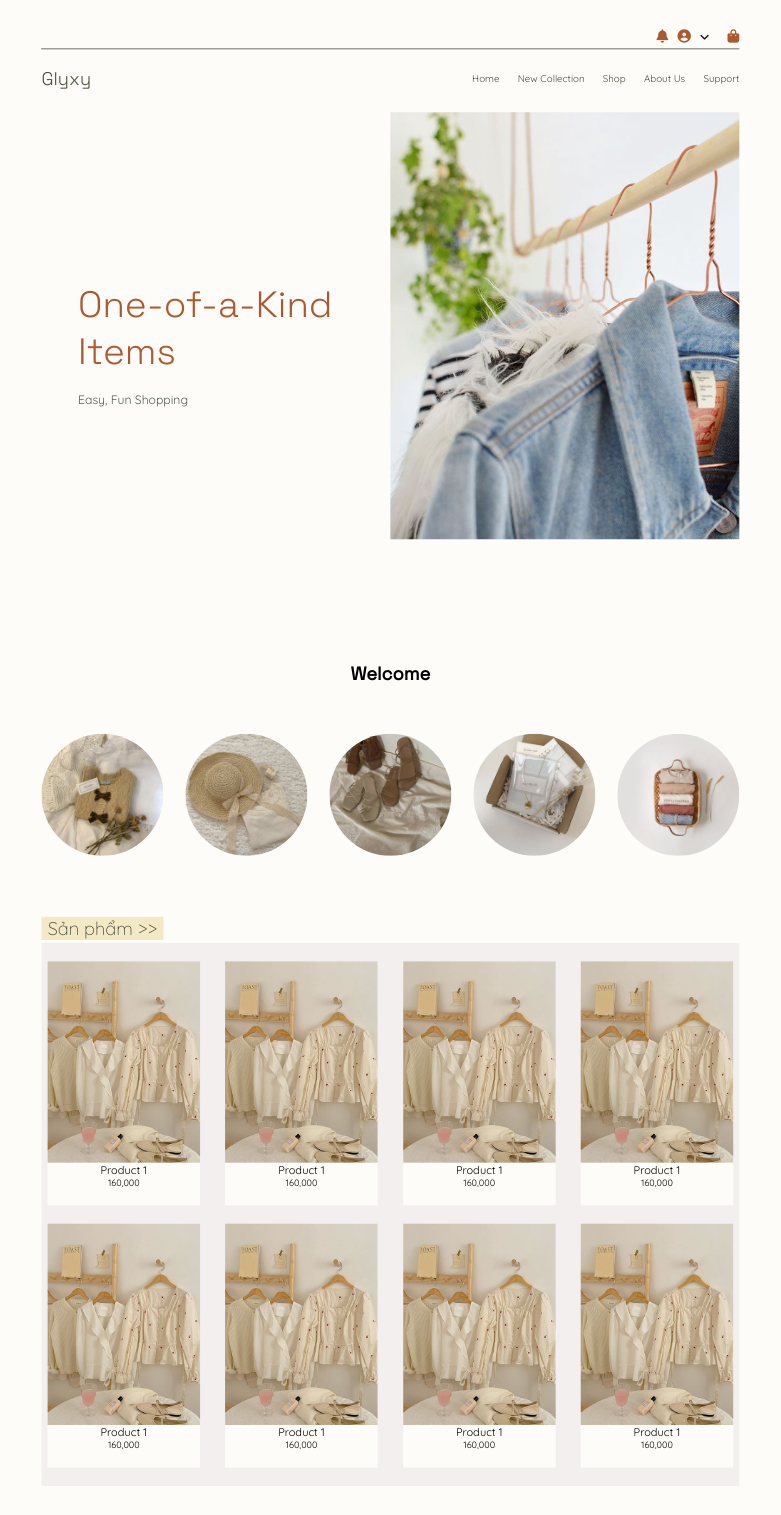
Repository: nganha241/store
Page: index.html
These files come from the project's save history. The page is drawn as it stood at one moment and after the next save; the edit follows.
The browser window is 1280 px wide. The pictures show the whole page, at 61% of full size.
Some web libraries are served in a nearby version.

Above is the page before, as saved 2022-04-16 19:44:38.

### index.html
<!DOCTYPE html>
<html lang="en">
  <head>
    <meta charset="UTF-8" />
    <meta http-equiv="X-UA-Compatible" content="IE=edge" />
    <meta name="viewport" content="width=device-width, initial-scale=1.0" />
    <title>Document</title>
    <link rel="stylesheet" href="style.css" />
  </head>
  <body>
    <div class="header">
      <div class="tools">
        <div class="notification">
          <i class="fa-solid fa-bell"></i>
        </div>
        <div class="account">
          <i class="fa-solid fa-circle-user"></i>
          <span><i class="fa-solid fa-angle-down"></i></span>
        </div>
        <div class="cart">
          <i class="fa-solid fa-bag-shopping"></i>
        </div>
      </div>
      <hr />
      <nav>
        <div class="logo"><a href="#">Glyxy</a></div>
        <ul class="menu">
          <li><a href="#">Home</a></li>
          <li><a href="#">New Collection</a></li>
          <li><a href="#">Shop</a></li>
          <li><a href="#">About Us</a></li>
          <li><a href="#">Support</a></li>
        </ul>
      </nav>
      <div class="banner">
        <div class="slogan">
          <h4>One-of-a-Kind Items</h4>
          <p>Easy, Fun Shopping</p>
        </div>
        <div class="img-banner">
          <img src="./img/banner.jpg" alt="" />
        </div>
      </div>
    </div>
    <div class="section">
      <div class="into-title">
        <h1>Welcome</h1>
      </div>
      <div class="intro">
        <div class="intro-card">
          <div class="intro-img">
            <img src="./img/intro/i1.jpg" alt="" />
          </div>
        </div>
        <div class="intro-card">
          <div class="intro-img">
            <img src="./img/intro/i2.jpg" alt="" />
          </div>
        </div>
        <div class="intro-card">
          <div class="intro-img">
            <img src="./img/intro/i3.jpg" alt="" />
          </div>
        </div>
        <div class="intro-card">
          <div class="intro-img">
            <img src="./img/intro/i4.jpg" alt="" />
          </div>
        </div>
        <div class="intro-card">
          <div class="intro-img">
            <img src="./img/intro/i5.jpg" alt="" />
          </div>
        </div>
      </div>
      <div class="pro-title">
        <h2><a href="#">Sản phẩm >></a></h2>
      </div>
      <div class="products">
        <div class="card">
          <div class="pro-img">
            <img src="./img/products/p1.jpg" alt="" />
          </div>
          <div class="pro-name">Product 1</div>
          <div class="pro-price">160,000</div>
          <div class="add-cart">
            <button>Thêm vào giỏ hàng</button>
          </div>
        </div>
        <div class="card">
          <div class="pro-img">
            <img src="./img/products/p1.jpg" alt="" />
          </div>
          <div class="pro-name">Product 1</div>
          <div class="pro-price">160,000</div>
          <div class="add-cart">
            <button>Thêm vào giỏ hàng</button>
          </div>
        </div>
        <div class="card">
          <div class="pro-img">
            <img src="./img/products/p1.jpg" alt="" />
          </div>
          <div class="pro-name">Product 1</div>
          <div class="pro-price">160,000</div>
          <div class="add-cart">
            <button>Thêm vào giỏ hàng</button>
          </div>
        </div>
        <div class="card">
          <div class="pro-img">
            <img src="./img/products/p1.jpg" alt="" />
          </div>
          <div class="pro-name">Product 1</div>
          <div class="pro-price">160,000</div>
          <div class="add-cart">
            <button>Thêm vào giỏ hàng</button>
          </div>
        </div>
        <div class="card">
          <div class="pro-img">
            <img src="./img/products/p1.jpg" alt="" />
          </div>
          <div class="pro-name">Product 1</div>
          <div class="pro-price">160,000</div>
          <div class="add-cart">
            <button>Thêm vào giỏ hàng</button>
          </div>
        </div>
        <div class="card">
          <div class="pro-img">
            <img src="./img/products/p1.jpg" alt="" />
          </div>
          <div class="pro-name">Product 1</div>
          <div class="pro-price">160,000</div>
          <div class="add-cart">
            <button>Thêm vào giỏ hàng</button>
          </div>
        </div>
        <div class="card">
          <div class="pro-img">
            <img src="./img/products/p1.jpg" alt="" />
          </div>
          <div class="pro-name">Product 1</div>
          <div class="pro-price">160,000</div>
          <div class="add-cart">
            <button>Thêm vào giỏ hàng</button>
          </div>
        </div>
        <div class="card">
          <div class="pro-img">
            <img src="./img/products/p1.jpg" alt="" />
          </div>
          <div class="pro-name">Product 1</div>
          <div class="pro-price">160,000</div>
          <div class="add-cart">
            <button>Thêm vào giỏ hàng</button>
          </div>
        </div>
      </div>
    </div>
    <div class="footer"></div>

    <script
      src="https://kit.fontawesome.com/ae971d7ee0.js"
      crossorigin="anonymous"
    ></script>
    <script src="./main.js"></script>
  </body>
</html>

### style.css
@import url('https://fonts.googleapis.com/css2?family=Quicksand:wght@300;400;500;600;700&family=Space+Grotesk:wght@300;400&display=swap');

* {
    font-family: 'Quicksand', sans-serif;
    box-sizing: border-box;
}

body {
    background: #fdfcf9;
    position: relative;
    height: auto;
    padding: 40px 60px;
}

a {
    text-decoration: none;
}

li {
    list-style: none;
}

.header .tools {
    display: flex;
    justify-content: flex-end;
    gap: 15px;
}

.header .tools .notification,
.header .tools .account,
.header .tools .cart {
    cursor: pointer;
}

.header .tools .fa-solid {
    font-size: 22px;
    color: #ae582d;
}

.header .tools .account span .fa-solid{
    font-size: 18px;
    color: #111;
    margin-left: 10px;
    margin-right: 15px;
}

.header .tools .account:hover .fa-solid{
    color: #ae582d;
}

.header hr {
    background: #48503c;
}

.header nav {
    display: flex;
    width: 100%;
}

.header nav .logo {
    width: 50%;
    padding-top: 20px;
}

.header nav .logo a{
    font-family: 'Space Grotesk', sans-serif;
    font-size: 30px;
    color: #48503c;
    font-weight: 100;

}

.header nav .logo a:hover {
    color: #111;
}

.header nav .menu {
    display: flex;
    gap: 15px;
    padding-top: 7px;
    justify-content: flex-end;
    width: 50%;
}

.header nav .menu li {
    float: left;
}

.header nav .menu li a {
    display: block;
    padding: 6px 0px 0px 15px;
    color: #48503c;
}

.header nav .menu li:hover a {
    color: #111;
}

.header .banner {
    width: 100%;
    height: 700px;
    display: flex;
    align-items: center;
    margin-top: 30px;
    position: relative;
}

.header .banner .slogan {
    width: 50%;
    padding-left: 60px;
    padding-right: 20px;
}

.header .banner .slogan h4 {
    color: #ae582d;
    font-family: 'Space Grotesk', sans-serif;
    font-size: 60px;
    font-weight: 200;
}

.header .banner .slogan p {
    font-size: 20px;
    color: #515a54;
    margin-top: -50px;
}

.header .banner .img-banner{
    width: 50%;
    height: 100%;
}

.header .banner .img-banner img {
    width: 100%;
    height: 100%;
    object-fit: cover;
}

.section {
    height: auto;
    margin-top: 100px;

}

.section .into-title {
    margin-top: 200px;
    text-align: center;
}

.section .into-title h1 {
    font-family: 'Space Grotesk', sans-serif;
    font-size: 30px;
}

.section .intro {
    display: flex;
    flex-wrap: wrap;
    justify-content: space-between;
    margin-bottom: 100px;
    margin-top: 80px;
    gap: 10px;
}

.section .intro .intro-card .intro-img {
    width: 200px;
    height: 200px;
}

.section .intro .intro-card .intro-img img {
    width: 100%;
    height: 100%;
    border-radius: 50%;
}

.section .pro-title{
    height: auto;
    width: 200px;
    background: #f4e9c7;
    text-align: center;
    margin-bottom: -15px;
}

.section .pro-title h2 a{
    font-size: 30px;
    color: #48503c;
    font-weight: 200;
}

.section .products {
    display: flex;
    flex-wrap: wrap;
    justify-content: space-between;
    row-gap: 30px;
    padding: 30px 10px;
    background: rgb(244, 239, 239);
}

.section .products .card {
    width: 250px;
    height: 400px;
    background: #fdfcf9;
    text-align: center;
    cursor: pointer;
    transition: 0.4s;
    position: relative;
}

.section .products .card:hover {
    transform: scale(1.1 , 1.1);
    background: rgba(255, 255, 255, 0.4);

}

.section .products .card .pro-img {
    height: 330px;
}

.section .products .card .pro-img img{
    width: 100%;
    height: 100%;
    object-fit: cover;
}

.section .products .card .pro-name {
    font-size: 18px;
}

.section .products .card .pro-price {
    font-size: 15px;
}

.section .products .card .add-cart {
    margin-top: -220px;

}

.section .products .card .add-cart button{
    opacity: 0;
    height: 40px;
    background: #ae582d;
    border: 0;
    cursor: pointer;
    transition: 0.4s;
    color: #fff;
}

.section .products .card:hover .add-cart button {
    transition: 0.4s;
    opacity: 1;
}

.section .products .card .add-cart button:hover {
    transform: scale(1.1);
}

### main.js
const banners = document.querySelectorAll(".img-banner .image img");
const slider = document.querySelector(".slider img");

let countIndex = 0;
let currentIndex;

// setInterval(
//   banners.forEach((banner, index) => {
//     currentIndex = countIndex;
//     countIndex = index;
//     console.log(currentIndex);
//     console.log(countIndex);
//     slider.src = banner.src;
//   }),
//   1000
// );

banners.forEach((banner) => {
  currentIndex = countIndex;
  countIndex++;
  console.log(currentIndex);
  console.log(countIndex);
  slider.src = banner.src;
});

After the next save:
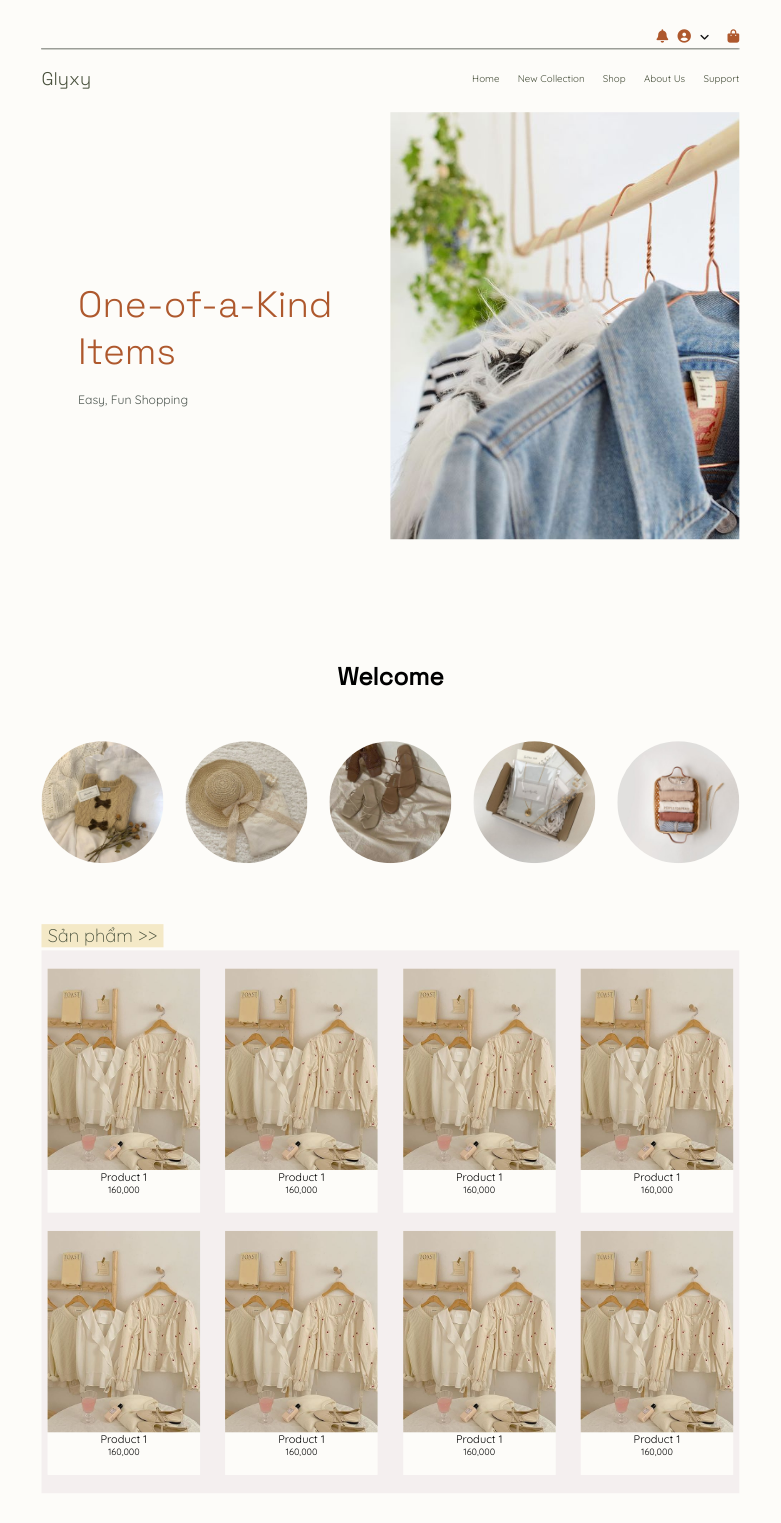
Saved 5 s later.
--- a/style.css
+++ b/style.css
@@ -148,7 +148,7 @@ li {
 
 .section .into-title h1 {
     font-family: 'Space Grotesk', sans-serif;
-    font-size: 30px;
+    font-size: 40px;
 }
 
 .section .intro {
